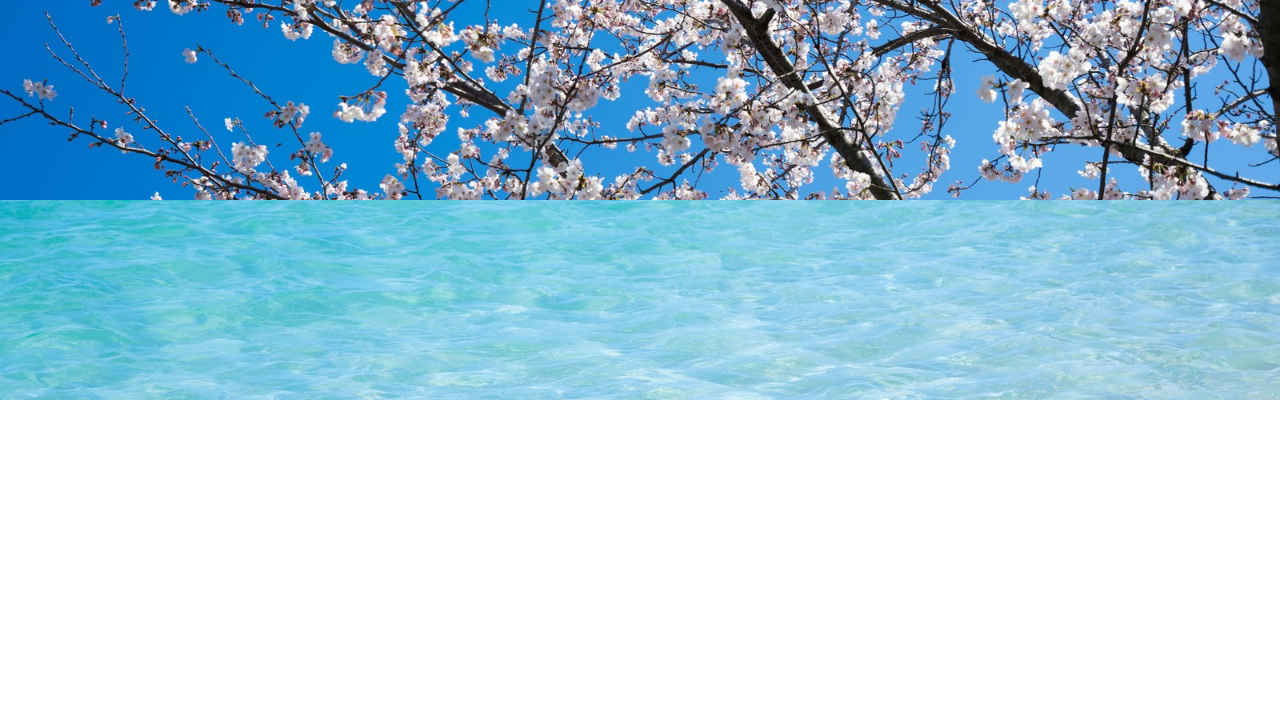
Repository: dsjanainoyo/html
Page: capter6.exercise/capter6.exercise.html
The author's editor kept a record of every edit. The page is drawn from the files as they stood at one moment, then again after the next edit.
The browser window is 1280 px wide. The pictures show the whole page.

Above is the page before.

After the next edit:
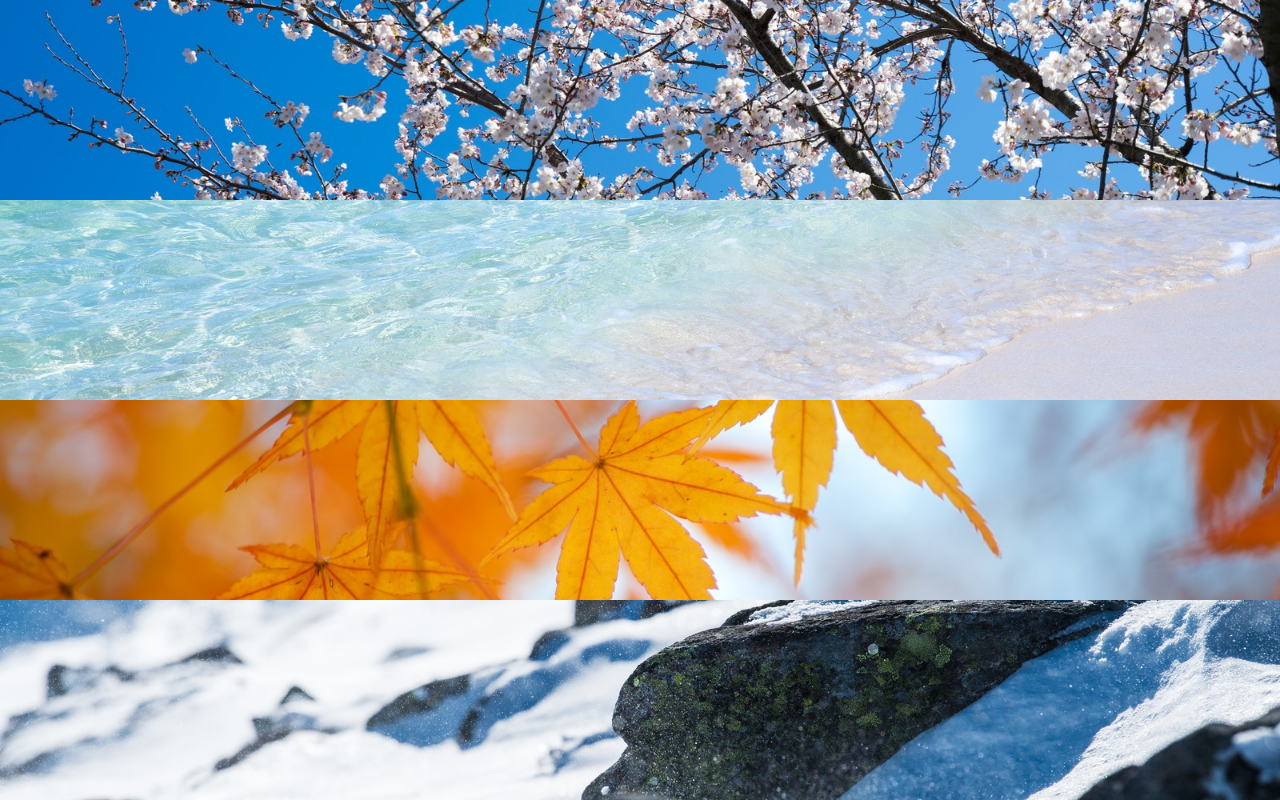
The edit:
--- a/capter6.exercise/capter6.exercise.css
+++ b/capter6.exercise/capter6.exercise.css
@@ -15,5 +15,19 @@
   height:200px;
   background-image:url(img/box2.jpg);
   background-size:cover;
+  background-position:center;
+}
 
+.pic3{
+  height:200px;
+  background-image:url(img/box3.jpg);
+  background-size:cover;
+  background-position:center;
 }
+
+.pic4{
+  height:200px;
+  background-image:url(img/box4.jpg);
+  background-size:cover;
+  background-position:center;
+}
